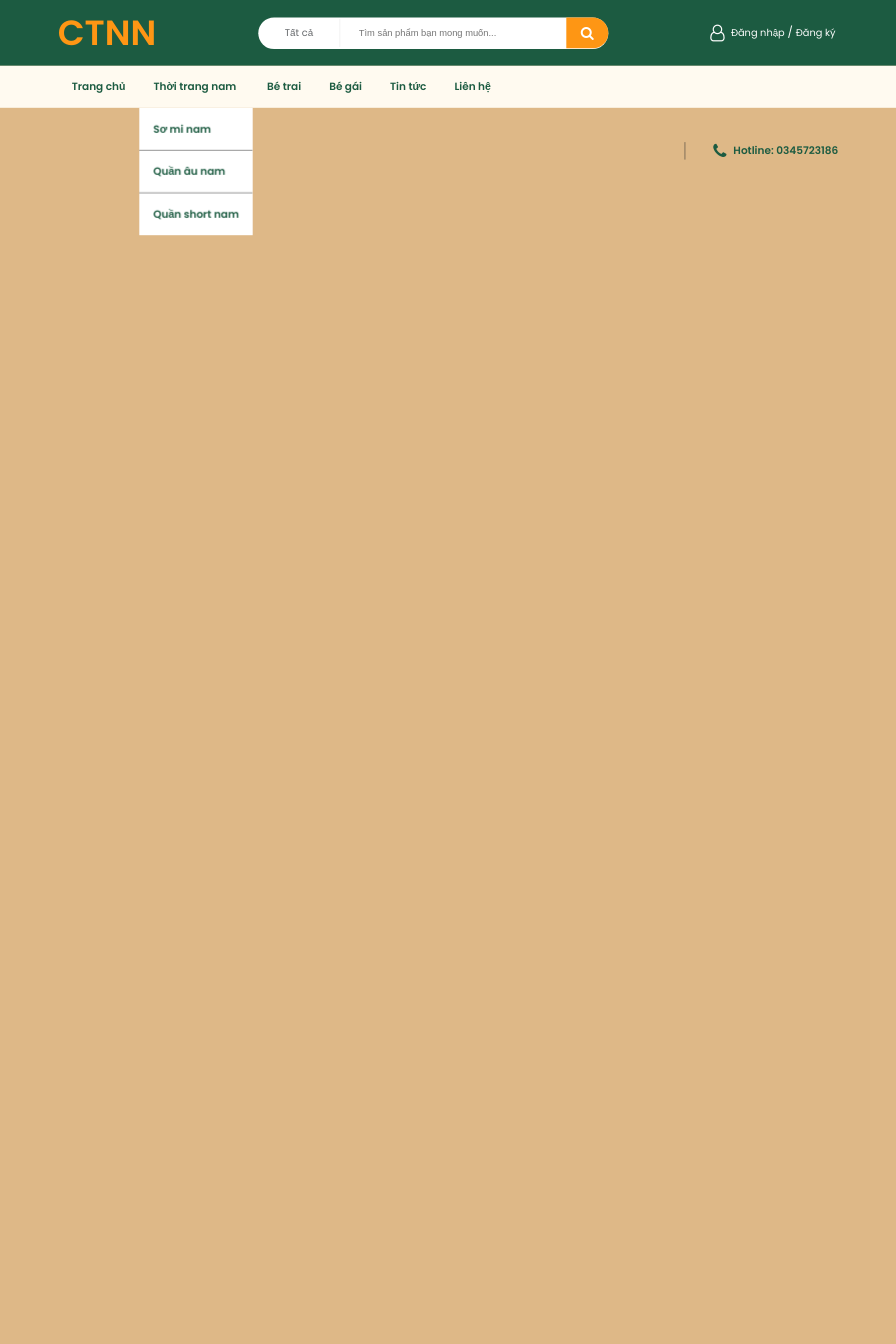
Repository: cuongchua2k2/BaiTapLon-web
Page: index.html
These files come from the project's save history. The page is drawn as it stood at one moment and after the next save; the edit follows.
The browser window is 1280 px wide. The pictures show the part of the page from y = 0 to 1920 px (the page is 5000 px tall), at 70% of full size.

Above is the page before, as saved 2023-12-06 16:54:30.

After the next save:
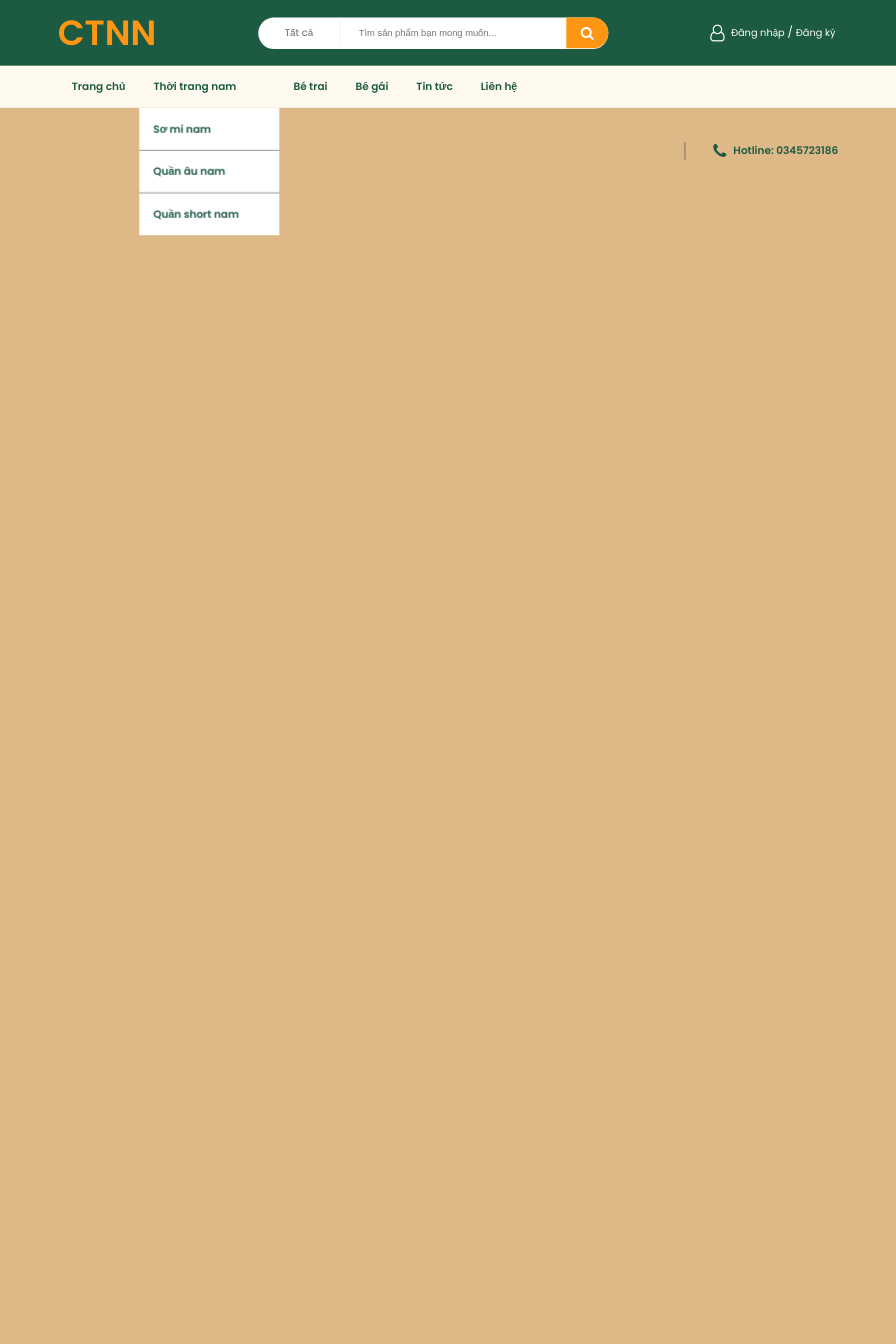
Saved 102 s later.
--- a/assets/css/style.css
+++ b/assets/css/style.css
@@ -173,6 +173,7 @@
 
 .navbar__lv2 {
   background-color: #fff;
+  min-width: 200px;
   transform: perspective(600px) rotateX(0deg);
 }
 

After the 3 saves that followed:
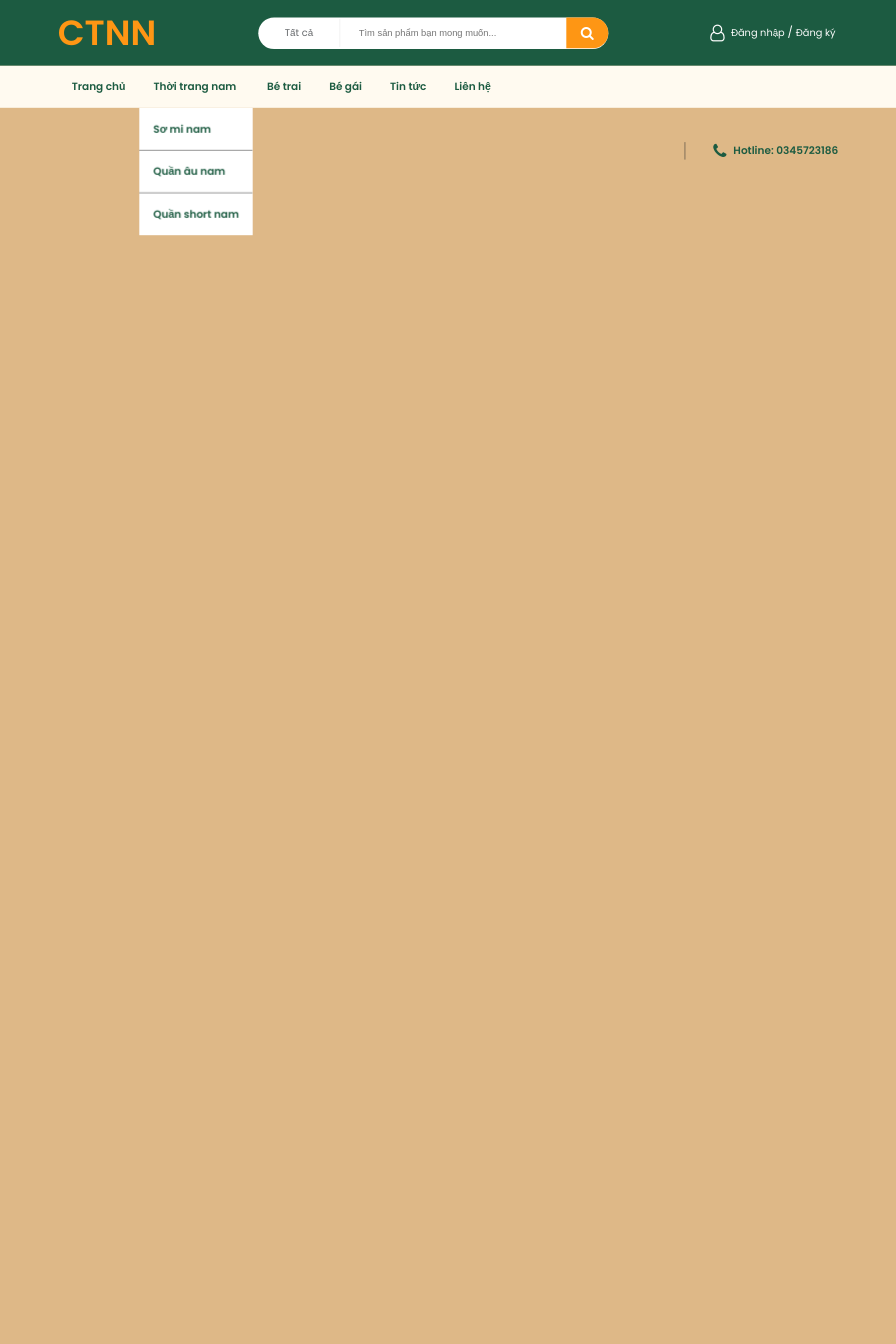
The 3 saves are shown as one change because 2 left the picture as it was.
The last was saved 2 min 3 s later.
--- a/assets/css/style.css
+++ b/assets/css/style.css
@@ -173,10 +173,12 @@
 
 .navbar__lv2 {
   background-color: #fff;
-  min-width: 200px;
   transform: perspective(600px) rotateX(0deg);
 }
 
 .navbar__lv2 > li:not(:first-child) {
   border-top: 1px solid #666;
 }
+
+.navbar__lv2 > .lv1__item {
+}
